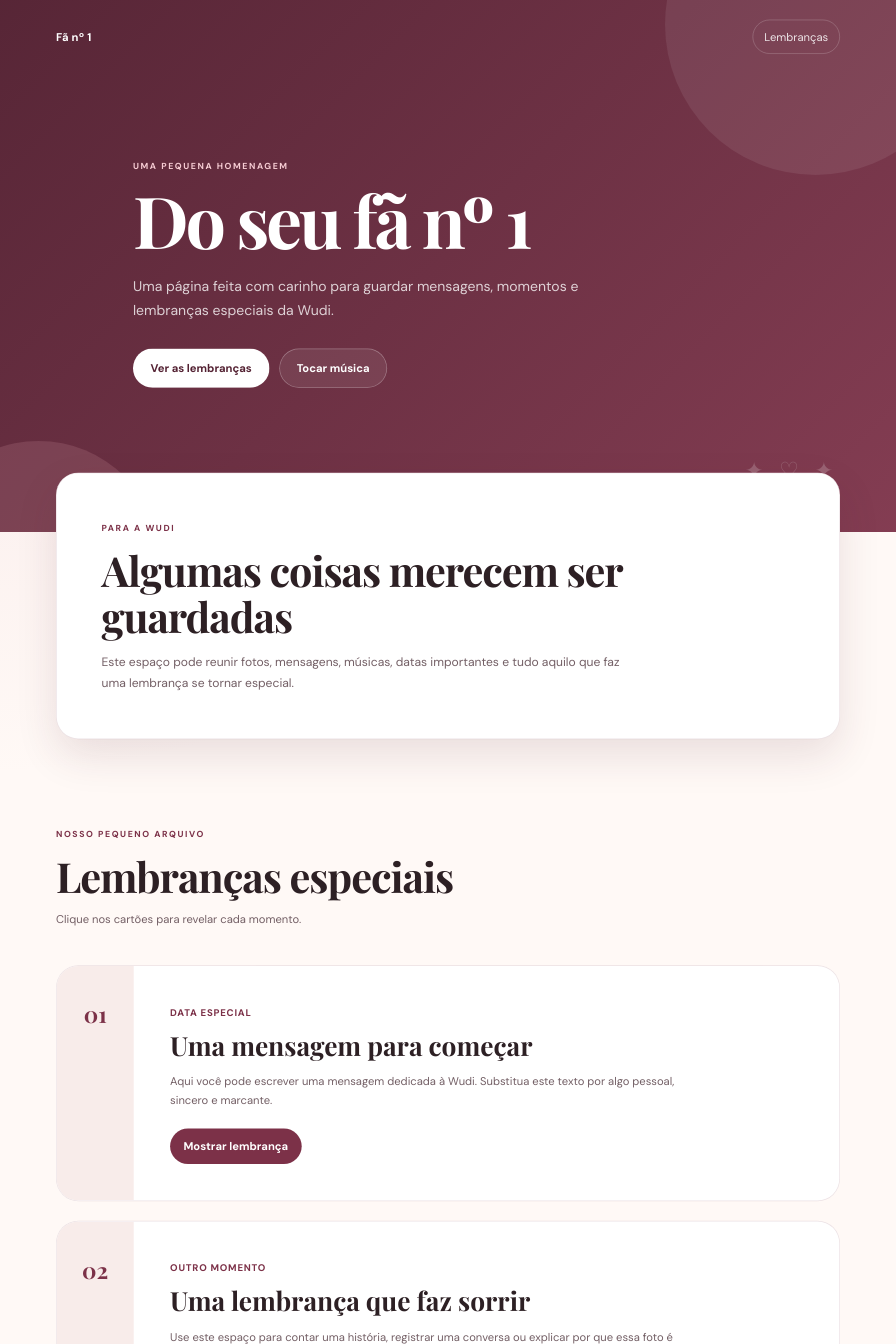
Repository: rrresck/do-seu-fa-numero-1
Page: index.html
The author's editor kept a copy of each file at every save. The page is drawn from the files as they stood at one save, then again after the next save.
The browser window is 1280 px wide. The pictures show the part of the page from y = 0 to 1920 px (the page is 3220 px tall), at 70% of full size.

Above is the page before, as saved 2026-07-24 15:05:15.

After the next save:
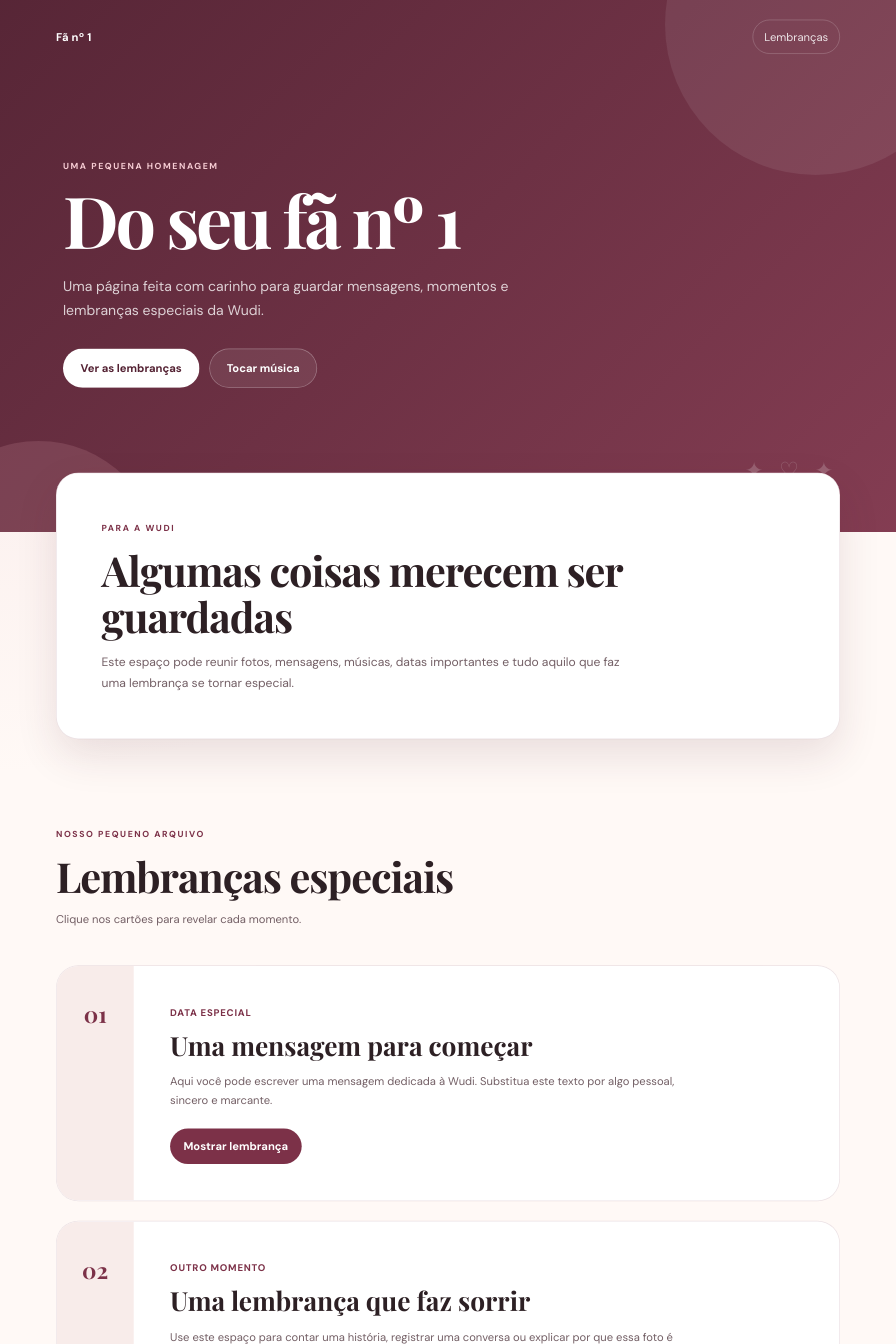
Saved 3 min 12 s later.
--- a/css/styles.css
+++ b/css/styles.css
@@ -139,7 +139,7 @@ a {
     flex-direction: column;
     align-items: flex-start;
     justify-content: center;
-    max-width: 900px;
+    max-width: 1100px;
 }
 
 .eyebrow,
